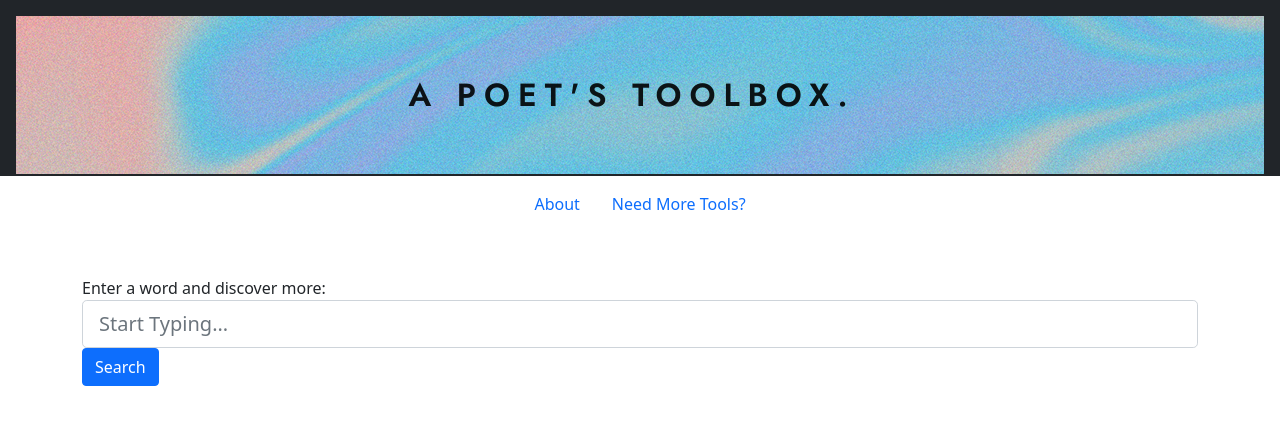
Repository: eezife-wustl/10-final-project-individual-eezife-wustl
Page: index.html
The author's editor kept a copy of each file at every save. The page is drawn from the files as they stood at one save, then again after the next save.
The browser window is 1280 px wide. The pictures show the whole page.

Above is the page before, as saved 2021-12-03 20:07:02.

After the next save:
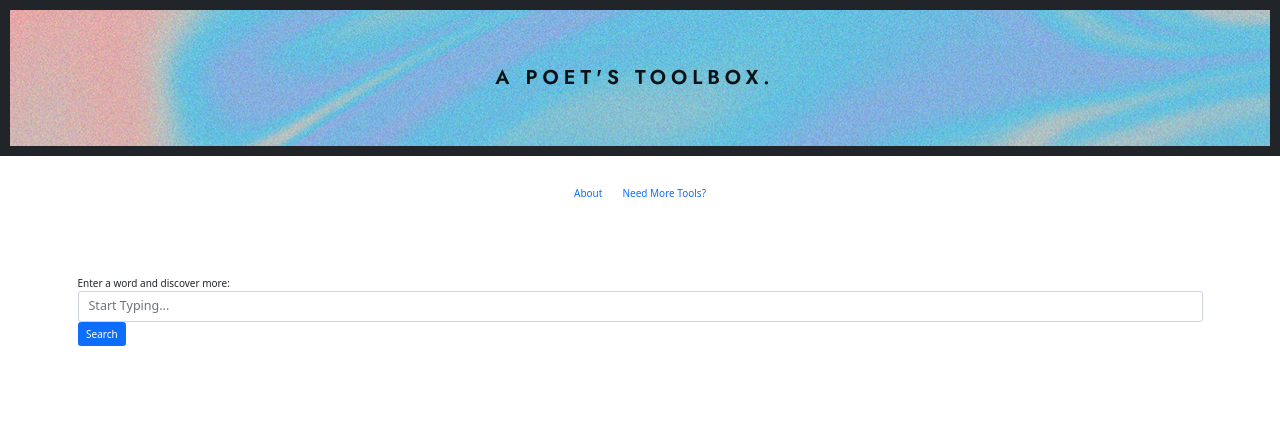
Saved 55 s later.
--- a/style.css
+++ b/style.css
@@ -6,6 +6,9 @@
     font-family: 'Jost';
     src: url('Jost-600-Semi.ttf') format('truetype');
   } */
+  html {
+    font-size: 62.5%;
+  }
 
 @font-face {
     font-family: 'Jost Semi';
